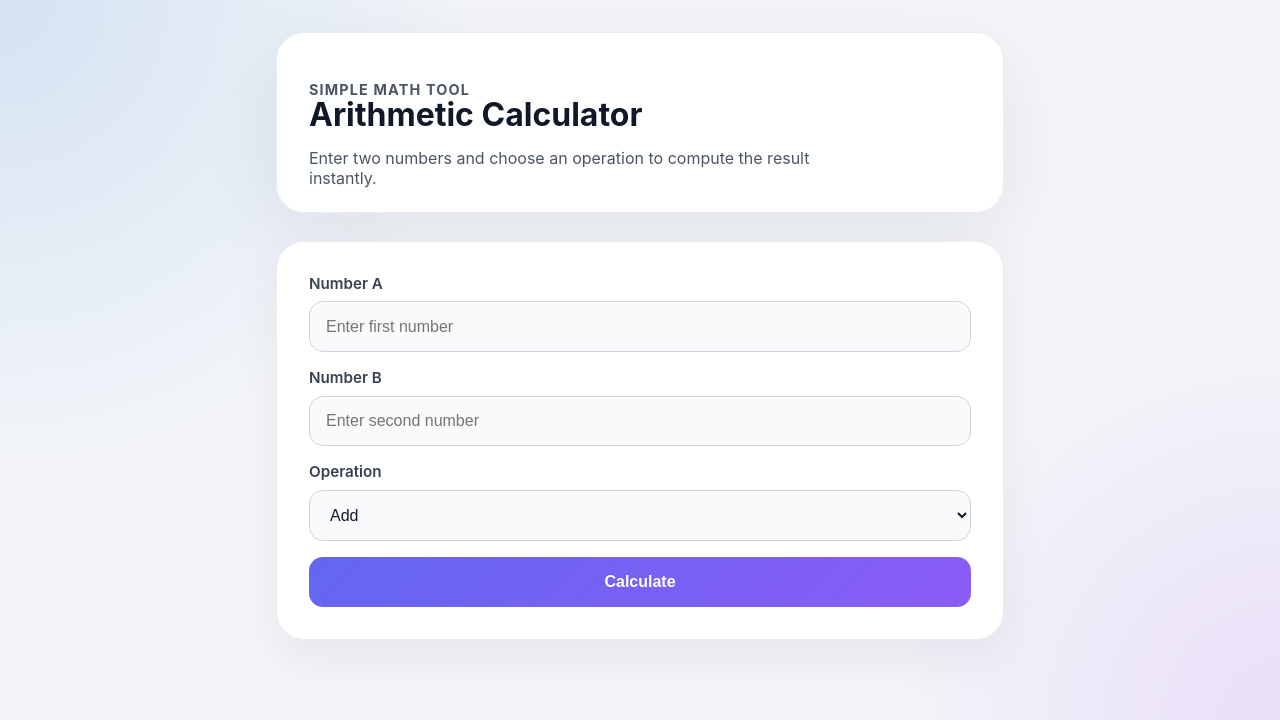
Repository: Richard-Moses/TheGrowthString_PromptOps
Page: http://localhost/
These files come from the project's save history. The page is drawn as it stood at one moment and after the next save; the edit follows.
The browser window is 1280 px wide. The pictures show the whole page.
The page is served by the project's application, run on Flask 3 (app.py).

Above is the page before, as saved 2026-04-16 17:46:54.

### app.py
from flask import Flask, render_template_string, request

app = Flask(__name__)

HTML_TEMPLATE = '''<!doctype html>
<html lang="en">
  <head>
    <meta charset="utf-8">
    <meta name="viewport" content="width=device-width, initial-scale=1">
    <title>Arithmetic Calculator</title>
    <style>
      :root {
        color-scheme: light;
        font-family: Inter, system-ui, -apple-system, BlinkMacSystemFont, "Segoe UI", sans-serif;
        background: #f3f5f9;
        color: #111827;
      }

      * {
        box-sizing: border-box;
      }

      body {
        margin: 0;
        min-height: 100vh;
        background: radial-gradient(circle at top left, rgba(49, 130, 206, 0.16), transparent 32%),
          radial-gradient(circle at bottom right, rgba(168, 85, 247, 0.14), transparent 26%);
      }

      .page-shell {
        max-width: 760px;
        margin: 0 auto;
        padding: 2rem 1rem 3rem;
      }

      .hero {
        padding: 2rem 2rem 1.5rem;
        background: rgba(255, 255, 255, 0.95);
        border: 1px solid rgba(15, 23, 42, 0.08);
        border-radius: 28px;
        box-shadow: 0 24px 80px rgba(15, 23, 42, 0.08);
        margin-bottom: 1.75rem;
      }

      .eyebrow {
        margin: 0 0 0.75rem;
        font-size: 0.9rem;
        font-weight: 700;
        letter-spacing: 0.08em;
        text-transform: uppercase;
        color: #6366f1;
      }

      .hero h1 {
        margin: 0;
        font-size: clamp(2rem, 2.5vw, 3rem);
        line-height: 1.05;
      }

      .hero p {
        margin: 1rem 0 0;
        color: #4b5563;
        max-width: 34rem;
      }

      .card {
        padding: 2rem;
        background: #ffffff;
        border-radius: 28px;
        border: 1px solid rgba(15, 23, 42, 0.08);
        box-shadow: 0 20px 50px rgba(15, 23, 42, 0.06);
      }

      .calculator-form {
        display: grid;
        gap: 1rem;
      }

      .field-row {
        display: grid;
        gap: 0.55rem;
      }

      label {
        display: block;
        font-size: 0.95rem;
        font-weight: 600;
        color: #374151;
      }

      input,
      select {
        width: 100%;
        border: 1px solid #d1d5db;
        border-radius: 14px;
        padding: 0.95rem 1rem;
        font-size: 1rem;
        color: #111827;
        background: #f9fafb;
        transition: border-color 0.2s ease, box-shadow 0.2s ease;
      }

      input:focus,
      select:focus {
        outline: none;
        border-color: #6366f1;
        box-shadow: 0 0 0 4px rgba(99, 102, 241, 0.15);
      }

      .primary-button {
        width: 100%;
        padding: 1rem 1.1rem;
        border: none;
        border-radius: 14px;
        font-size: 1rem;
        font-weight: 700;
        color: #ffffff;
        background: linear-gradient(135deg, #6366f1, #8b5cf6);
        cursor: pointer;
        transition: transform 0.2s ease, box-shadow 0.2s ease;
      }

      .primary-button:hover {
        transform: translateY(-1px);
        box-shadow: 0 14px 30px rgba(99, 102, 241, 0.18);
      }

      .message {
        margin-top: 1.25rem;
        padding: 1.2rem 1.25rem;
        border-radius: 18px;
        display: grid;
        gap: 0.4rem;
      }

      .message-label {
        font-size: 0.85rem;
        font-weight: 700;
        letter-spacing: 0.05em;
        text-transform: uppercase;
      }

      .result {
        background: #ecfdf5;
        border: 1px solid #a7f3d0;
        color: #065f46;
      }

      .error {
        background: #fef2f2;
        border: 1px solid #fecaca;
        color: #991b1b;
      }

      @media (max-width: 600px) {
        .page-shell {
          padding: 1.25rem;
        }

        .hero,
        .card {
          border-radius: 22px;
        }
      }
    </style>
  </head>
  <body>
    <div class="page-shell">
      <header class="hero">
        <div>
          <p class="eyebrow">Simple Math Tool</p>
          <h1>Arithmetic Calculator</h1>
          <p>Enter two numbers and choose an operation to compute the result instantly.</p>
        </div>
      </header>

      <main class="card">
        <form method="post" class="calculator-form">
          <div class="field-row">
            <label for="a">Number A</label>
            <input type="text" id="a" name="a" value="{{ values.a }}" placeholder="Enter first number" required>
          </div>

          <div class="field-row">
            <label for="b">Number B</label>
            <input type="text" id="b" name="b" value="{{ values.b }}" placeholder="Enter second number" required>
          </div>

          <div class="field-row">
            <label for="operation">Operation</label>
            <select id="operation" name="operation">
              <option value="add" {% if values.operation == 'add' %}selected{% endif %}>Add</option>
              <option value="subtract" {% if values.operation == 'subtract' %}selected{% endif %}>Subtract</option>
              <option value="multiply" {% if values.operation == 'multiply' %}selected{% endif %}>Multiply</option>
              <option value="divide" {% if values.operation == 'divide' %}selected{% endif %}>Divide</option>
            </select>
          </div>

          <button type="submit" class="primary-button">Calculate</button>
        </form>

        {% if result is not none %}
          <div class="message result">
            <span class="message-label">Result</span>
            <strong>{{ result }}</strong>
          </div>
        {% endif %}

        {% if error %}
          <div class="message error">
            <span class="message-label">Error</span>
            <strong>{{ error }}</strong>
          </div>
        {% endif %}
      </main>
    </div>
  </body>
</html>
'''

@app.route('/', methods=['GET', 'POST'])
def index():
    result = None
    error = None
    values = {'a': '', 'b': '', 'operation': 'add'}

    if request.method == 'POST':
        values['a'] = request.form.get('a', '').strip()
        values['b'] = request.form.get('b', '').strip()
        values['operation'] = request.form.get('operation', 'add')

        try:
            a = float(values['a'])
            b = float(values['b'])

            if values['operation'] == 'add':
                result = a + b
            elif values['operation'] == 'subtract':
                result = a - b
            elif values['operation'] == 'multiply':
                result = a * b
            elif values['operation'] == 'divide':
                if b == 0:
                    raise ValueError('Cannot divide by zero')
                result = a / b
            else:
                error = 'Unknown operation selected.'
        except ValueError as exc:
            error = f'Invalid input: {exc}'

    return render_template_string(HTML_TEMPLATE, result=result, error=error, values=values)

if __name__ == '__main__':
    app.run(debug=True)

After the next save:
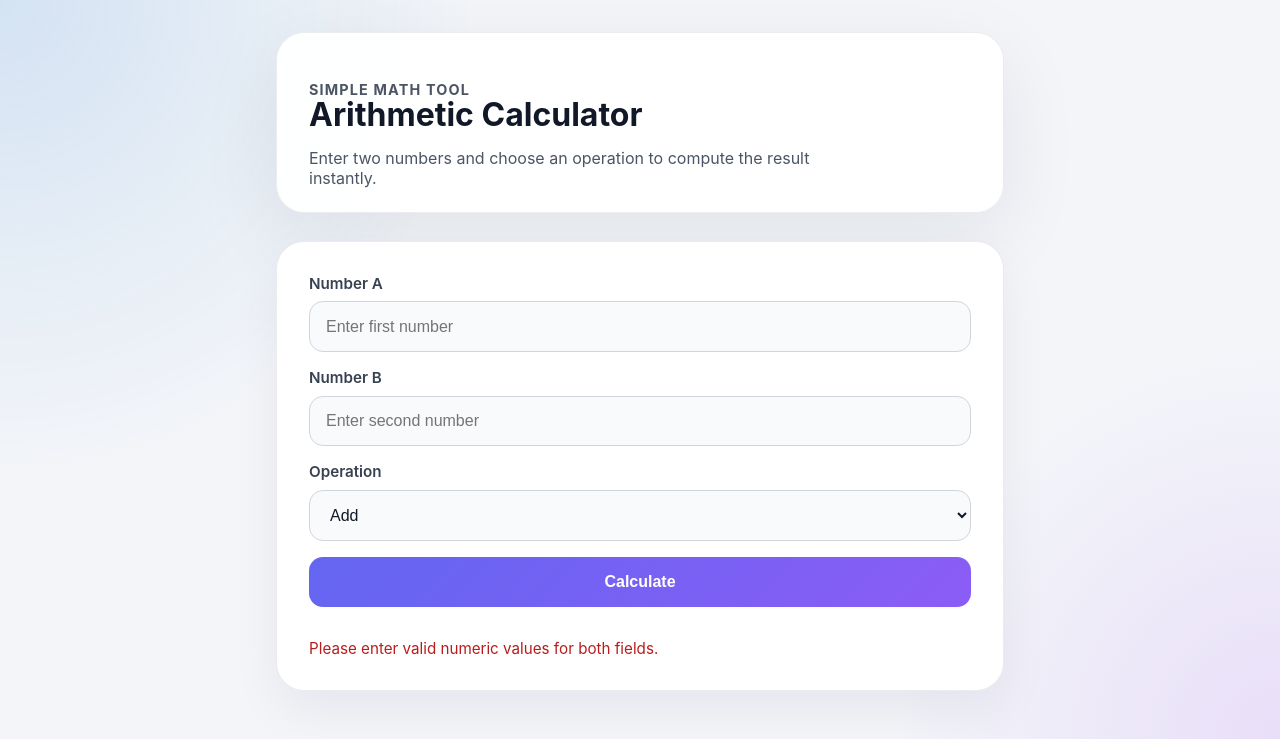
Saved 3 min 44 s later.
--- a/app.py
+++ b/app.py
@@ -214,6 +214,47 @@ HTML_TEMPLATE = '''<!doctype html>
         {% endif %}
       </main>
     </div>
+
+    <script>
+      document.addEventListener('DOMContentLoaded', function () {
+        const form = document.querySelector('.calculator-form');
+        const inputs = form.querySelectorAll('input[type="text"], select');
+        const submitButton = form.querySelector('.primary-button');
+        const feedback = document.createElement('div');
+        feedback.className = 'js-feedback';
+        feedback.style.marginTop = '1rem';
+        feedback.style.color = '#b91c1c';
+        feedback.style.fontSize = '0.95rem';
+        feedback.style.display = 'none';
+        form.appendChild(feedback);
+
+        function validateNumber(value) {
+          return value.trim() !== '' && !Number.isNaN(Number(value));
+        }
+
+        function updateButtonState() {
+          const aValid = validateNumber(form.elements.a.value);
+          const bValid = validateNumber(form.elements.b.value);
+          const showError = !(aValid && bValid);
+
+          feedback.textContent = showError ? 'Please enter valid numeric values for both fields.' : '';
+          feedback.style.display = showError ? 'block' : 'none';
+          submitButton.disabled = showError;
+        }
+
+        inputs.forEach((input) => {
+          input.addEventListener('input', updateButtonState);
+        });
+
+        updateButtonState();
+
+        form.addEventListener('submit', function (event) {
+          if (submitButton.disabled) {
+            event.preventDefault();
+          }
+        });
+      });
+    </script>
   </body>
 </html>
 '''
